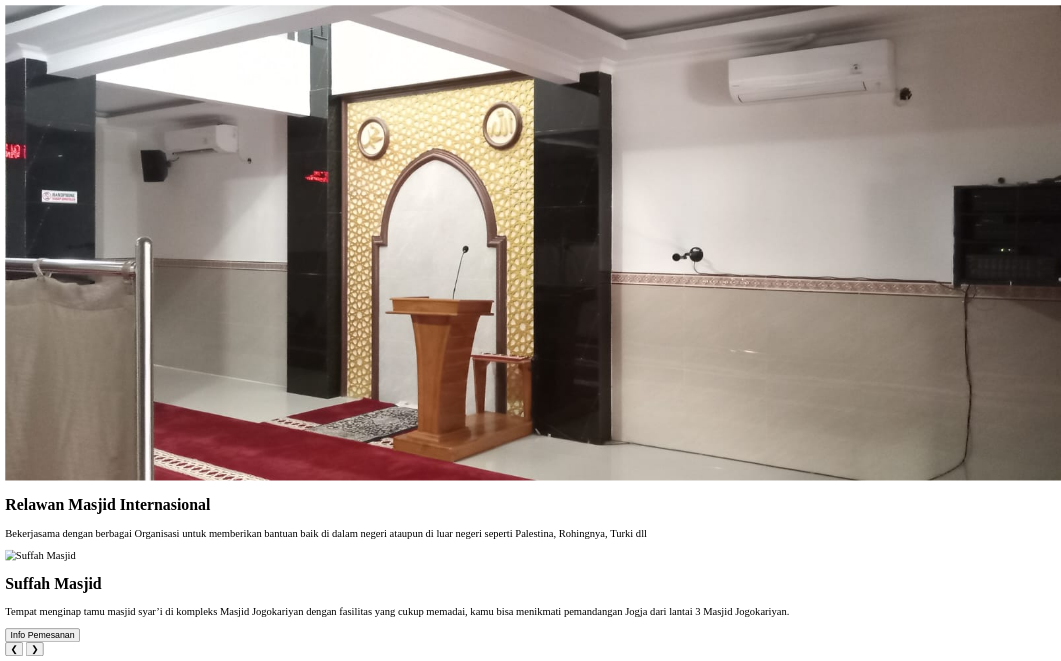
Repository: Mahesa1119/Masjid-Tablighin
Page: index.html
These files come from the project's save history. The page is drawn as it stood at one moment and after a run of saves; the edit follows.
The browser window is 1280 px wide. The page is 1608 px wide, so the pictures cover 1608 px, including what lies to the right of the window. The pictures show the whole page, at 66% of full size.

Above is the page before, as saved 2024-11-18 18:29:07.
Not found: scripts.js
Not found: styles.css
Not found: suffah-masjid.jpg

### index.html
<!DOCTYPE html>
<html lang="en">
<head>
  <meta charset="UTF-8">
  <meta name="viewport" content="width=device-width, initial-scale=1.0">
  <title>Slider Masjid</title>
  <link rel="stylesheet" href="styles.css">
</head>
<body>
  <div class="slider">
    <div class="slides">
      <!-- Slide 1 -->
      <div class="slide">
        <img src="bgimam.jpg" alt="Relawan Masjid Internasional">
        <div class="content">
          <h2>Relawan Masjid Internasional</h2>
          <p>Bekerjasama dengan berbagai Organisasi untuk memberikan bantuan baik di dalam negeri ataupun di luar negeri seperti Palestina, Rohingnya, Turki dll</p>
        </div>
      </div>
      <!-- Slide 2 -->
      <div class="slide">
        <img src="suffah-masjid.jpg" alt="Suffah Masjid">
        <div class="content">
          <h2>Suffah Masjid</h2>
          <p>Tempat menginap tamu masjid syar’i di kompleks Masjid Jogokariyan dengan fasilitas yang cukup memadai, kamu bisa menikmati pemandangan Jogja dari lantai 3 Masjid Jogokariyan.</p>
          <button>Info Pemesanan</button>
        </div>
      </div>
    </div>
    <!-- Navigasi -->
    <button class="prev" onclick="moveSlide(-1)">&#10094;</button>
    <button class="next" onclick="moveSlide(1)">&#10095;</button>
  </div>
  <script src="scripts.js"></script>
</body>
</html>

After the next 2 saves:
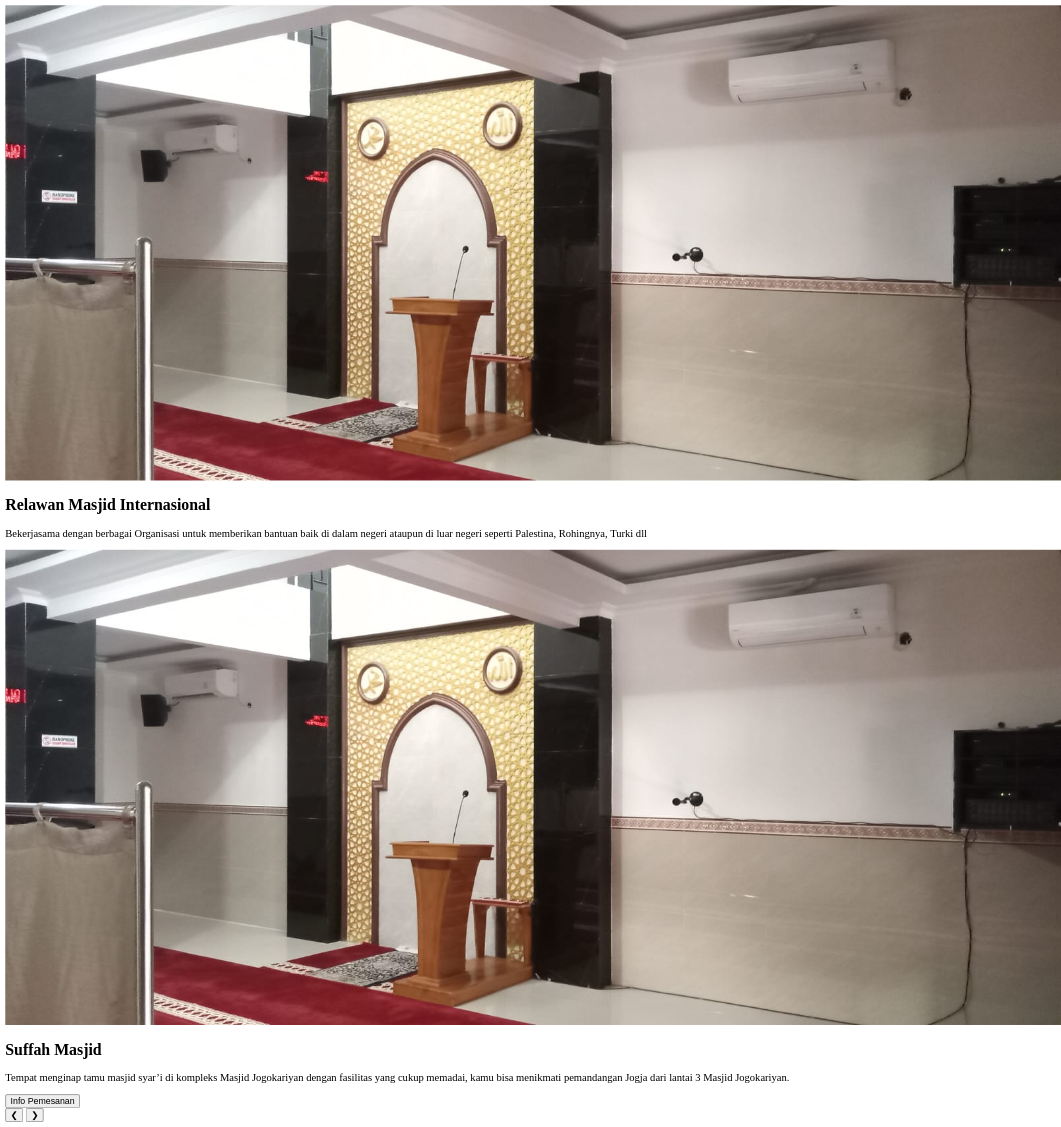
The 2 saves are shown as one change because they came seconds apart.
The last was saved 8 s later.
--- a/index.html
+++ b/index.html
@@ -19,7 +19,7 @@
       </div>
       <!-- Slide 2 -->
       <div class="slide">
-        <img src="suffah-masjid.jpg" alt="Suffah Masjid">
+        <img src="bgimam.jpg" alt="Suffah Masjid">
         <div class="content">
           <h2>Suffah Masjid</h2>
           <p>Tempat menginap tamu masjid syar’i di kompleks Masjid Jogokariyan dengan fasilitas yang cukup memadai, kamu bisa menikmati pemandangan Jogja dari lantai 3 Masjid Jogokariyan.</p>
